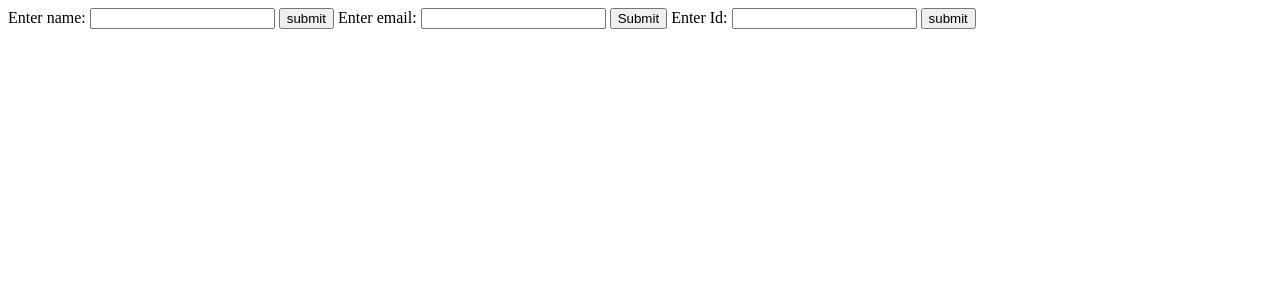
Repository: SanketSShedge/weje2
Page: servlet/src/main/webapp/studentreg.html
The author's editor kept a copy of each file at every save. The page is drawn from the files as they stood at one save, then again after a run of saves.
The browser window is 1280 px wide. The pictures show the whole page.

Above is the page before, as saved 2022-12-11 07:22:22.

After the next 3 saves:
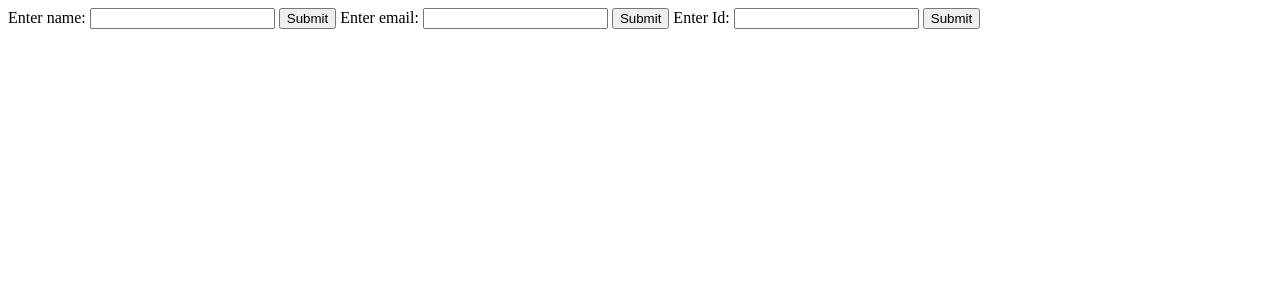
The 3 saves are shown as one change because they came seconds apart.
The last was saved 14 s later.
--- a/servlet/src/main/webapp/studentreg.html
+++ b/servlet/src/main/webapp/studentreg.html
@@ -8,7 +8,7 @@
 <form action="./student" method="get">
 	<label>Enter name:</label>
 	<input type="text" name="name">
-	<input type="Submit" value="submit">
+	<input type="Submit" value="Submit">
 
 	<label>Enter email:</label>
 	<input type="email" name="email">
@@ -16,7 +16,7 @@
 
 	<label>Enter Id:</label>
 	<input type="number" name="number">
-	<input type="submit" value="submit">
+	<input type="Submit" value="Submit">
 </form>
 </body>
 </html>
